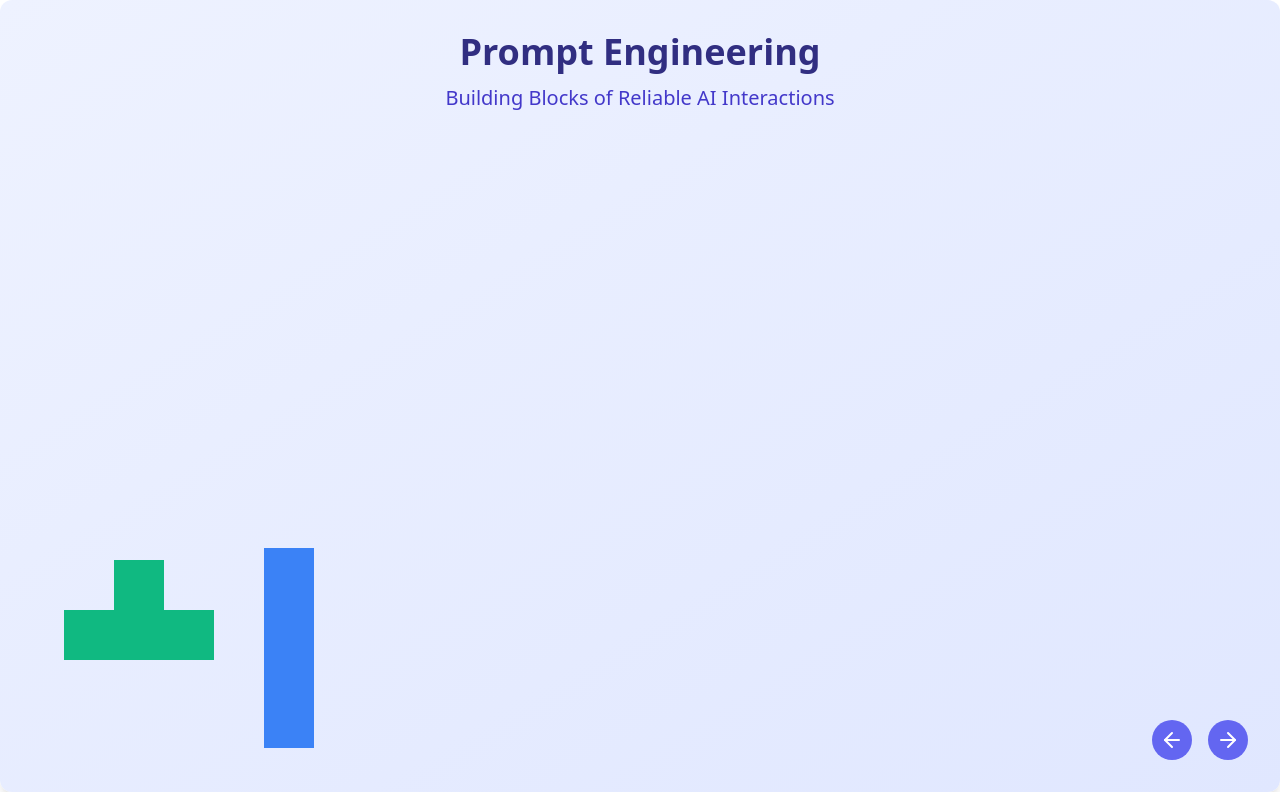
Repository: Galbaz1/dell_presentation
Page: /slide6
The author's editor kept a copy of each file at every save. The page is drawn from the files as they stood at one save, then again after a run of saves.
The browser window is 1280 px wide. The pictures show the whole page.
The project was rebuilt for these pictures with package versions that can differ from the ones it lists, and the page was loaded fresh each time. Some packages were replaced by stand-ins written for this rebuild. The framework's server and built-in components were replaced by stand-ins that run in the browser. Also part of the build but not shown: styles/animations/slide1.css, styles/animations/slide2.css.

Above is the page before, as saved 2024-11-11 17:38:59.

### pages/_app.tsx
import '../styles/globals.css'
import '../styles/animations/slide1.css'
import '../styles/animations/slide2.css'
import type { AppProps } from 'next/app'

function MyApp({ Component, pageProps }: AppProps) {
  return <Component {...pageProps} />
}

export default MyApp

### pages/slide6.tsx
import React, { useState, useEffect } from 'react';
import { ArrowRight, ArrowLeft } from 'lucide-react';
import Link from 'next/link';
import { motion } from 'framer-motion';

interface TetrisPiece {
  id: number;
  concept: string;
  color: string;
  shape: JSX.Element;
  pattern: Array<{ x: number; y: number }>;
}

const Slide6: React.FC = () => {
  const [currentPiece, setCurrentPiece] = useState<number>(0);

  const gridSize = 50; // Size of each grid cell

  // Define the shapes using divs to simulate Tetris blocks
  const tetrisShapes: { [key: string]: JSX.Element } = {
    T: (
      <div className="shape" style={{ color: 'currentColor' }}>
        <div className="block" style={{ gridColumn: 2, gridRow: 1 }} />
        <div className="block" style={{ gridColumn: 1, gridRow: 2 }} />
        <div className="block" style={{ gridColumn: 2, gridRow: 2 }} />
        <div className="block" style={{ gridColumn: 3, gridRow: 2 }} />
      </div>
    ),
    I: (
      <div className="shape" style={{ color: 'currentColor' }}>
        <div className="block" style={{ gridColumn: 1, gridRow: 1 }} />
        <div className="block" style={{ gridColumn: 1, gridRow: 2 }} />
        <div className="block" style={{ gridColumn: 1, gridRow: 3 }} />
        <div className="block" style={{ gridColumn: 1, gridRow: 4 }} />
      </div>
    ),
    L: (
      <div className="shape" style={{ color: 'currentColor' }}>
        <div className="block" style={{ gridColumn: 2, gridRow: 1 }} />
        <div className="block" style={{ gridColumn: 2, gridRow: 2 }} />
        <div className="block" style={{ gridColumn: 2, gridRow: 3 }} />
        <div className="block" style={{ gridColumn: 1, gridRow: 3 }} />
      </div>
    ),
    Z: (
      <div className="shape" style={{ color: 'currentColor' }}>
        <div className="block" style={{ gridColumn: 1, gridRow: 1 }} />
        <div className="block" style={{ gridColumn: 2, gridRow: 1 }} />
        <div className="block" style={{ gridColumn: 2, gridRow: 2 }} />
        <div className="block" style={{ gridColumn: 3, gridRow: 2 }} />
      </div>
    ),
    O: (
      <div className="shape" style={{ color: 'currentColor' }}>
        <div className="block" style={{ gridColumn: 1, gridRow: 1 }} />
        <div className="block" style={{ gridColumn: 2, gridRow: 1 }} />
        <div className="block" style={{ gridColumn: 1, gridRow: 2 }} />
        <div className="block" style={{ gridColumn: 2, gridRow: 2 }} />
      </div>
    ),
    S: (
      <div className="shape" style={{ color: 'currentColor' }}>
        <div className="block" style={{ gridColumn: 2, gridRow: 1 }} />
        <div className="block" style={{ gridColumn: 3, gridRow: 1 }} />
        <div className="block" style={{ gridColumn: 1, gridRow: 2 }} />
        <div className="block" style={{ gridColumn: 2, gridRow: 2 }} />
      </div>
    ),
    J: (
      <div className="shape" style={{ color: 'currentColor' }}>
        <div className="block" style={{ gridColumn: 1, gridRow: 1 }} />
        <div className="block" style={{ gridColumn: 1, gridRow: 2 }} />
        <div className="block" style={{ gridColumn: 1, gridRow: 3 }} />
        <div className="block" style={{ gridColumn: 2, gridRow: 3 }} />
      </div>
    ),
  };

  // Define the Tetris pieces with movement patterns
  const tetrisPieces: TetrisPiece[] = [
    {
      id: 0,
      concept: 'Tree of Thought',
      color: '#10B981', // Emerald
      shape: tetrisShapes['T'],
      pattern: [
        { x: 3, y: -1 },
        { x: 3, y: 0 },
        { x: 3, y: 1 },
        { x: 0, y: 8 }, // Final position at bottom row
      ],
    },
    {
      id: 1,
      concept: 'Chain of Thought',
      color: '#3B82F6', // Blue
      shape: tetrisShapes['I'],
      pattern: [
        { x: 4, y: -2 },
        { x: 4, y: -1 },
        { x: 4, y: 0 },
        { x: 4, y: 8 },
      ],
    },
    {
      id: 2,
      concept: 'Specialized LLMs',
      color: '#F59E0B', // Amber
      shape: tetrisShapes['L'],
      pattern: [
        { x: 5, y: -1 },
        { x: 5, y: 0 },
        { x: 5, y: 1 },
        { x: 0, y: 8 },
      ],
    },
    {
      id: 3,
      concept: 'Multiple Candidates',
      color: '#8B5CF6', // Purple
      shape: tetrisShapes['Z'],
      pattern: [
        { x: 2, y: -1 },
        { x: 2, y: 0 },
        { x: 2, y: 1 },
        { x: 0, y: 8 },
      ],
    },
    {
      id: 4,
      concept: 'Evaluation Metrics',
      color: '#EF4444', // Red
      shape: tetrisShapes['O'],
      pattern: [
        { x: 6, y: -1 },
        { x: 6, y: 0 },
        { x: 6, y: 1 },
        { x: 0, y: 8 },
      ],
    },
    {
      id: 5,
      concept: 'Self-Calibration',
      color: '#14B8A6', // Teal
      shape: tetrisShapes['S'],
      pattern: [
        { x: 1, y: -1 },
        { x: 1, y: 0 },
        { x: 1, y: 1 },
        { x: 0, y: 8 },
      ],
    },
    {
      id: 6,
      concept: 'Prompt Optimization',
      color: '#EC4899', // Pink
      shape: tetrisShapes['J'],
      pattern: [
        { x: 7, y: -1 },
        { x: 7, y: 0 },
        { x: 7, y: 1 },
        { x: 0, y: 8 },
      ],
    },
  ];

  useEffect(() => {
    if (currentPiece < tetrisPieces.length) {
      const timer = setTimeout(() => {
        setCurrentPiece(currentPiece + 1);
      }, 3500); // Time before the next piece starts moving
      return () => clearTimeout(timer);
    }
  }, [currentPiece]);

  const renderPiece = (piece: TetrisPiece) => {
    const positions = piece.pattern.map((pos) => ({
      x: pos.x * gridSize,
      y: pos.y * gridSize,
    }));

    return (
      <motion.div
        key={piece.id}
        className="absolute"
        initial={{ x: positions[0].x, y: positions[0].y }}
        animate={{ x: positions.map((p) => p.x), y: positions.map((p) => p.y) }}
        transition={{
          duration: positions.length * 0.5,
          times: positions.map((_, i) => i / (positions.length - 1)),
          ease: 'linear',
        }}
      >
        <div
          style={{
            position: 'relative',
            width: gridSize * 4,
            height: gridSize * 4,
            color: piece.color,
          }}
        >
          {piece.shape}
        </div>
      </motion.div>
    );
  };

  return (
    <div className="bg-gradient-to-br from-indigo-50 to-indigo-100 p-8 rounded-xl shadow-lg min-h-screen overflow-hidden relative">
      {/* Header */}
      <motion.div
        className="mb-12 text-center"
        initial={{ y: -20, opacity: 0 }}
        animate={{ y: 0, opacity: 1 }}
        transition={{ duration: 0.8 }}
      >
        <h1 className="text-4xl font-bold text-indigo-900 mb-3">Prompt Engineering</h1>
        <p className="text-xl text-indigo-700">Building Blocks of Reliable AI Interactions</p>
      </motion.div>

      {/* Tetris Game Area */}
      <div className="max-w-6xl mx-auto h-[600px] relative overflow-hidden">
        {tetrisPieces.slice(0, currentPiece + 1).map((piece) => renderPiece(piece))}
      </div>

      {/* Navigation */}
      <div className="absolute bottom-8 right-8 flex items-center space-x-4">
        <Link href="/slide5" className="bg-indigo-500 hover:bg-indigo-600 text-white p-2 rounded-full transition-colors">
          <ArrowLeft className="w-6 h-6" />
        </Link>
        <Link href="/slide7" className="bg-indigo-500 hover:bg-indigo-600 text-white p-2 rounded-full transition-colors">
          <ArrowRight className="w-6 h-6" />
        </Link>
      </div>

      {/* Styles */}
      <style jsx>{`
        .shape {
          display: grid;
          grid-template-columns: repeat(4, ${gridSize}px);
          grid-template-rows: repeat(4, ${gridSize}px);
          position: relative;
        }
        .block {
          width: ${gridSize}px;
          height: ${gridSize}px;
          background-color: currentColor;
        }
      `}</style>
    </div>
  );
};

export default Slide6;

### styles/globals.css
@tailwind base;
@tailwind components;
@tailwind utilities;

@keyframes fallAndBounce {
  0% {
    transform: translateY(-100%) translateX(-50%);
  }
  70% {
    transform: translateY(140%) translateX(-50%);
  }
  75% {
    transform: translateY(130%) translateX(-50%);
  }
  80% {
    transform: translateY(135%) translateX(-50%);
  }
  85% {
    transform: translateY(128%) translateX(-50%);
  }
  90% {
    transform: translateY(132%) translateX(-50%);
  }
  100% {
    transform: translateY(0%) translateX(-50%);
  }
}

@keyframes developerFall {
  0%, 69% {
    transform: translateX(-50%) rotate(0deg);
  }
  100% {
    transform: translateX(100%) rotate(90deg);
  }
}

@keyframes pulsate {
  0% {
    transform: translateY(0%) translateX(-50%) scale(1);
  }
  8% {
    transform: translateY(0%) translateX(-50%) scale(1.15);
  }
  10% {
    transform: translateY(0%) translateX(-50%) scale(1.1);
  }
  18% {
    transform: translateY(0%) translateX(-50%) scale(1.35);
  }
  20% {
    transform: translateY(0%) translateX(-50%) scale(1.3);
  }
  28% {
    transform: translateY(0%) translateX(-50%) scale(1.55);
  }
  30% {
    transform: translateY(0%) translateX(-50%) scale(1.5);
  }
  38% {
    transform: translateY(0%) translateX(-50%) scale(1.75);
  }
  40% {
    transform: translateY(0%) translateX(-50%) scale(1.7);
  }
  48% {
    transform: translateY(0%) translateX(-50%) scale(1.95);
  }
  50% {
    transform: translateY(0%) translateX(-50%) scale(1.9);
  }
  100% {
    transform: translateY(0%) translateX(-50%) scale(2);
  }
}

@keyframes explodePiece {
  0% {
    transform: translate(0, 0) rotate(0);
    opacity: 1;
  }
  100% {
    transform: translate(var(--tx), 1000px) rotate(var(--tr));
    opacity: 0;
  }
}

.animate-fall-bounce {
  animation:
    fallAndBounce 3s cubic-bezier(0.4, 0, 0.2, 1) forwards,
    pulsate 8s cubic-bezier(0.4, 0, 0.2, 1) 5s forwards;
}

.animate-developer-fall {
  animation: developerFall 1.2s cubic-bezier(0.4, 0, 0.2, 1) forwards;
  animation-delay: 2.1s;
}

.explosion-piece {
  position: absolute;
  animation: explodePiece 2s cubic-bezier(0.4, 0, 0.2, 1) forwards;
  animation-delay: 16s; /* 5s wait + 8s growth + 3s wait */
}

### tailwind.config.js
/** @type {import('tailwindcss').Config} */
module.exports = {
  content: [
    "./pages/**/*.{js,ts,jsx,tsx}",
    "./components/**/*.{js,ts,jsx,tsx}",
    "./styles/**/*.css",
  ],
  theme: {
    extend: {},
  },
  plugins: [],
}

After the next 6 saves:
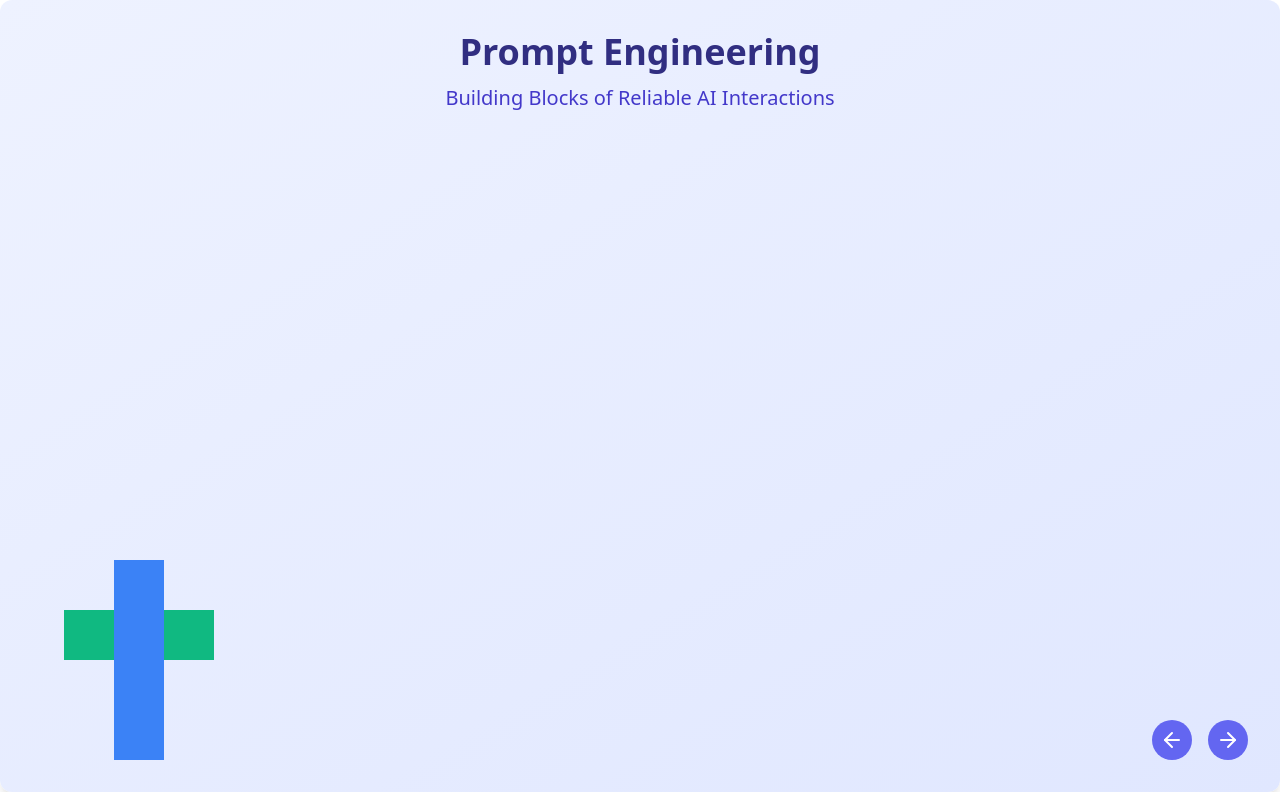
The 6 saves are shown as one change because they came seconds apart.
The last was saved 61 min 47 s later.
--- a/pages/slide6.tsx
+++ b/pages/slide6.tsx
@@ -19,7 +19,7 @@ const Slide6: React.FC = () => {
   // Define the shapes using divs to simulate Tetris blocks
   const tetrisShapes: { [key: string]: JSX.Element } = {
     T: (
-      <div className="shape" style={{ color: 'currentColor' }}>
+      <div className="shape">
         <div className="block" style={{ gridColumn: 2, gridRow: 1 }} />
         <div className="block" style={{ gridColumn: 1, gridRow: 2 }} />
         <div className="block" style={{ gridColumn: 2, gridRow: 2 }} />
@@ -27,7 +27,7 @@ const Slide6: React.FC = () => {
       </div>
     ),
     I: (
-      <div className="shape" style={{ color: 'currentColor' }}>
+      <div className="shape">
         <div className="block" style={{ gridColumn: 1, gridRow: 1 }} />
         <div className="block" style={{ gridColumn: 1, gridRow: 2 }} />
         <div className="block" style={{ gridColumn: 1, gridRow: 3 }} />
@@ -35,7 +35,7 @@ const Slide6: React.FC = () => {
       </div>
     ),
     L: (
-      <div className="shape" style={{ color: 'currentColor' }}>
+      <div className="shape">
         <div className="block" style={{ gridColumn: 2, gridRow: 1 }} />
         <div className="block" style={{ gridColumn: 2, gridRow: 2 }} />
         <div className="block" style={{ gridColumn: 2, gridRow: 3 }} />
@@ -43,7 +43,7 @@ const Slide6: React.FC = () => {
       </div>
     ),
     Z: (
-      <div className="shape" style={{ color: 'currentColor' }}>
+      <div className="shape">
         <div className="block" style={{ gridColumn: 1, gridRow: 1 }} />
         <div className="block" style={{ gridColumn: 2, gridRow: 1 }} />
         <div className="block" style={{ gridColumn: 2, gridRow: 2 }} />
@@ -51,7 +51,7 @@ const Slide6: React.FC = () => {
       </div>
     ),
     O: (
-      <div className="shape" style={{ color: 'currentColor' }}>
+      <div className="shape">
         <div className="block" style={{ gridColumn: 1, gridRow: 1 }} />
         <div className="block" style={{ gridColumn: 2, gridRow: 1 }} />
         <div className="block" style={{ gridColumn: 1, gridRow: 2 }} />
@@ -59,7 +59,7 @@ const Slide6: React.FC = () => {
       </div>
     ),
     S: (
-      <div className="shape" style={{ color: 'currentColor' }}>
+      <div className="shape">
         <div className="block" style={{ gridColumn: 2, gridRow: 1 }} />
         <div className="block" style={{ gridColumn: 3, gridRow: 1 }} />
         <div className="block" style={{ gridColumn: 1, gridRow: 2 }} />
@@ -67,7 +67,7 @@ const Slide6: React.FC = () => {
       </div>
     ),
     J: (
-      <div className="shape" style={{ color: 'currentColor' }}>
+      <div className="shape">
         <div className="block" style={{ gridColumn: 1, gridRow: 1 }} />
         <div className="block" style={{ gridColumn: 1, gridRow: 2 }} />
         <div className="block" style={{ gridColumn: 1, gridRow: 3 }} />
@@ -84,9 +84,8 @@ const Slide6: React.FC = () => {
       color: '#10B981', // Emerald
       shape: tetrisShapes['T'],
       pattern: [
-        { x: 3, y: -1 },
+        { x: 3, y: -4 },
         { x: 3, y: 0 },
-        { x: 3, y: 1 },
         { x: 0, y: 8 }, // Final position at bottom row
       ],
     },
@@ -96,10 +95,9 @@ const Slide6: React.FC = () => {
       color: '#3B82F6', // Blue
       shape: tetrisShapes['I'],
       pattern: [
-        { x: 4, y: -2 },
-        { x: 4, y: -1 },
+        { x: 4, y: -4 },
         { x: 4, y: 0 },
-        { x: 4, y: 8 },
+        { x: 1, y: 8 },
       ],
     },
     {
@@ -108,10 +106,9 @@ const Slide6: React.FC = () => {
       color: '#F59E0B', // Amber
       shape: tetrisShapes['L'],
       pattern: [
-        { x: 5, y: -1 },
+        { x: 5, y: -4 },
         { x: 5, y: 0 },
-        { x: 5, y: 1 },
-        { x: 0, y: 8 },
+        { x: 2, y: 8 },
       ],
     },
     {
@@ -120,10 +117,9 @@ const Slide6: React.FC = () => {
       color: '#8B5CF6', // Purple
       shape: tetrisShapes['Z'],
       pattern: [
-        { x: 2, y: -1 },
+        { x: 2, y: -4 },
         { x: 2, y: 0 },
-        { x: 2, y: 1 },
-        { x: 0, y: 8 },
+        { x: 3, y: 8 },
       ],
     },
     {
